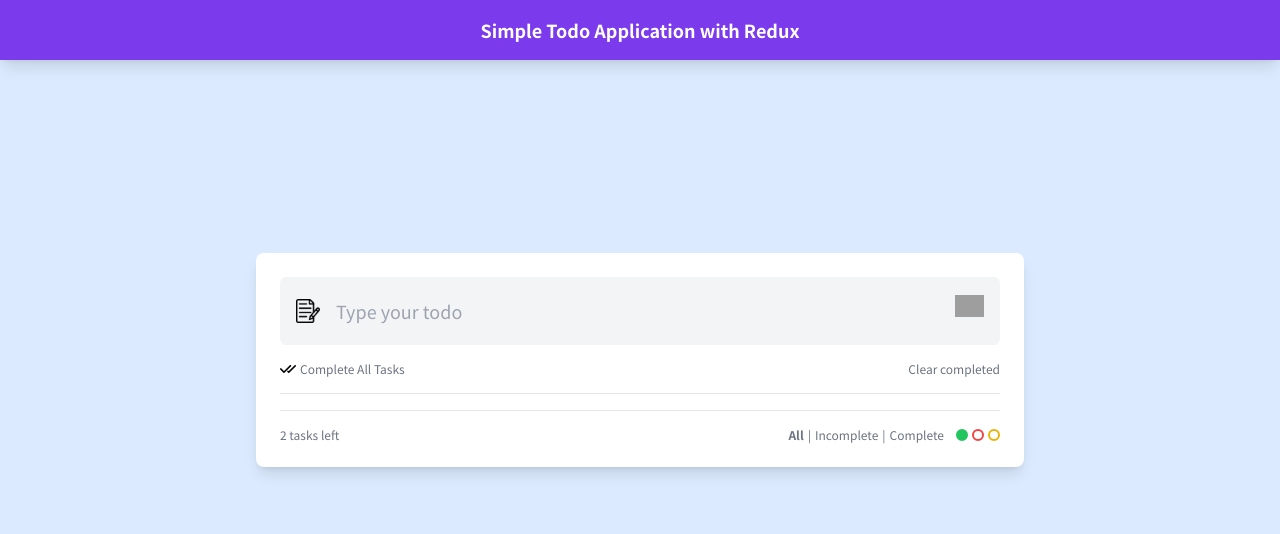
Repository: Wahid137/todo-redux
Page: /
An editor plug-in stored every save of this project. The page is shown before and after the next save, followed by the edit.
The browser window is 1280 px wide. The pictures show the whole page.
Pictures or frames that could not be fetched are drawn as grey boxes. Some web libraries are served in a nearby version. The project was rebuilt for these pictures with package versions that can differ from the ones it lists, and the page was loaded fresh each time. Also part of the build but not shown: vite.config.js, src/index.css.

Above is the page before, as saved 2023-11-12 19:57:48.

### index.html
<!doctype html>
<html lang="en">
  <head>
    <meta charset="UTF-8" />
    <link rel="icon" type="image/svg+xml" href="/vite.svg" />
    <meta name="viewport" content="width=device-width, initial-scale=1.0" />
    <title>Todo Application</title>
    <script src="https://cdn.tailwindcss.com"></script>
    <link rel="preconnect" href="https://fonts.googleapis.com" />
    <link rel="preconnect" href="https://fonts.gstatic.com" crossorigin />
    <link
        href="https://fonts.googleapis.com/css2?family=Noto+Sans+HK:wght@100;300;400;500;700;900&display=swap"
        rel="stylesheet"
    />

    <script>
        tailwind.config = {
            theme: {
                fontFamily: {
                    sans: ["Noto Sans HK", "sans-serif"],
                },
            },
        };
    </script>
  </head>
  <body>
    <div id="root"></div>
    <script type="module" src="/src/main.jsx"></script>
  </body>
</html>

### src/App.jsx
import Footer from "./components/Footer";
import Header from "./components/Header";
import Navbar from "./components/Navbar";

function App() {
  return (
    <>
      <div className="grid place-items-center bg-blue-100 h-screen px-6 font-sans">
        <Navbar />

        <div className="w-full max-w-3xl shadow-lg rounded-lg p-6 bg-white">
          <Header />

          <hr className="mt-4" />

          <hr className="mt-4" />

          <Footer />
        </div>
      </div>
    </>
  );
}

export default App;

### src/components/Footer.jsx
function Footer() {
  return (
    <div className="mt-4 flex justify-between text-xs text-gray-500">
      <p>2 tasks left</p>
      <ul className="flex space-x-1 items-center text-xs">
        <li className="cursor-pointer font-bold">All</li>
        <li>|</li>
        <li className="cursor-pointer">Incomplete</li>
        <li>|</li>
        <li className="cursor-pointer">Complete</li>
        <li></li>
        <li></li>
        <li className="h-3 w-3 border-2 border-green-500 md:hover:bg-green-500 rounded-full cursor-pointer bg-green-500"></li>
        <li className="h-3 w-3 border-2 border-red-500 md:hover:bg-red-500 rounded-full cursor-pointer"></li>
        <li className="h-3 w-3 border-2 border-yellow-500 md:hover:bg-yellow-500 rounded-full cursor-pointer"></li>
      </ul>
    </div>
  );
}

export default Footer;

### src/components/Header.jsx
import tickImage from "../assets/images/double-tick.png";
import noteImage from "../assets/images/notes.png";
import plusImage from "../assets/images/plus.png";

export default function Header() {
  return (
    <div>
      <form className="flex items-center bg-gray-100 px-4 py-4 rounded-md">
        <img src={noteImage} className="w-6 h-6" alt="Add todo" />
        <input
          type="text"
          placeholder="Type your todo"
          className="w-full text-lg px-4 py-1 border-none outline-none bg-gray-100 text-gray-500"
        />
        <button
          type="submit"
          className={`appearance-none w-8 h-8 bg-[url('${plusImage}')] bg-no-repeat bg-contain`}
        ></button>
      </form>

      <ul className="flex justify-between my-4 text-xs text-gray-500">
        <li className="flex space-x-1 cursor-pointer">
          <img className="w-4 h-4" src={tickImage} alt="Complete" />
          <span>Complete All Tasks</span>
        </li>
        <li className="cursor-pointer">Clear completed</li>
      </ul>
    </div>
  );
}

### src/components/Navbar.jsx
function Navbar() {
  return (
    <div className="fixed top-0 left-0 text-center w-full header bg-violet-600 py-4 text-white font-bold text-lg shadow-lg">
      Simple Todo Application with Redux
    </div>
  );
}

export default Navbar;

### src/components/Todo.jsx
import cancelImage from "../assets/images/cancel.png";

function Todo() {
  return (
    <div className="flex justify-start items-center p-2 hover:bg-gray-100 hover:transition-all space-x-4 border-b border-gray-400/20 last:border-0">
      <div className="rounded-full bg-white border-2 border-gray-400 w-5 h-5 flex flex-shrink-0 justify-center items-center mr-2 border-green-500 focus-within:border-green-500">
        <input type="checkbox" className="opacity-0 absolute rounded-full" />
        <svg
          className="hidden fill-current w-3 h-3 text-green-500 pointer-events-none"
          viewBox="0 0 20 20"
        >
          <path d="M0 11l2-2 5 5L18 3l2 2L7 18z" />
        </svg>
      </div>

      <div className="select-none flex-1 line-through">
        Learn React from Learn with Sumit YouTube Channel
      </div>

      <div className="flex-shrink-0 h-4 w-4 rounded-full border-2 ml-auto cursor-pointer border-green-500 hover:bg-green-500 bg-green-500"></div>

      <div className="flex-shrink-0 h-4 w-4 rounded-full border-2 ml-auto cursor-pointer border-yellow-500 hover:bg-yellow-500"></div>

      <div className="flex-shrink-0 h-4 w-4 rounded-full border-2 ml-auto cursor-pointer border-red-500 hover:bg-red-500"></div>

      <img
        src={cancelImage}
        className="flex-shrink-0 w-4 h-4 ml-2 cursor-pointer"
        alt="Cancel"
      />
    </div>
  );
}

export default Todo;

Loaded but not shown: src/main.jsx (common file)

After the next save:
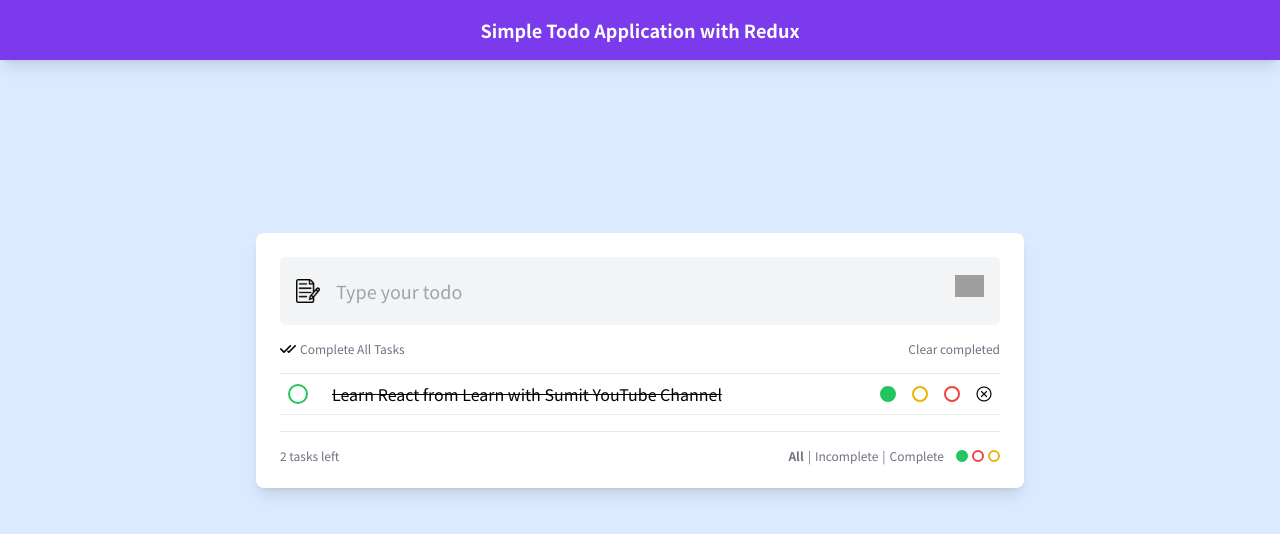
Saved 45 s later.
--- a/src/App.jsx
+++ b/src/App.jsx
@@ -1,6 +1,7 @@
 import Footer from "./components/Footer";
 import Header from "./components/Header";
 import Navbar from "./components/Navbar";
+import Todo from "./components/Todo";
 
 function App() {
   return (
@@ -12,7 +13,7 @@
           <Header />
 
           <hr className="mt-4" />
-
+          <Todo />
           <hr className="mt-4" />
 
           <Footer />
